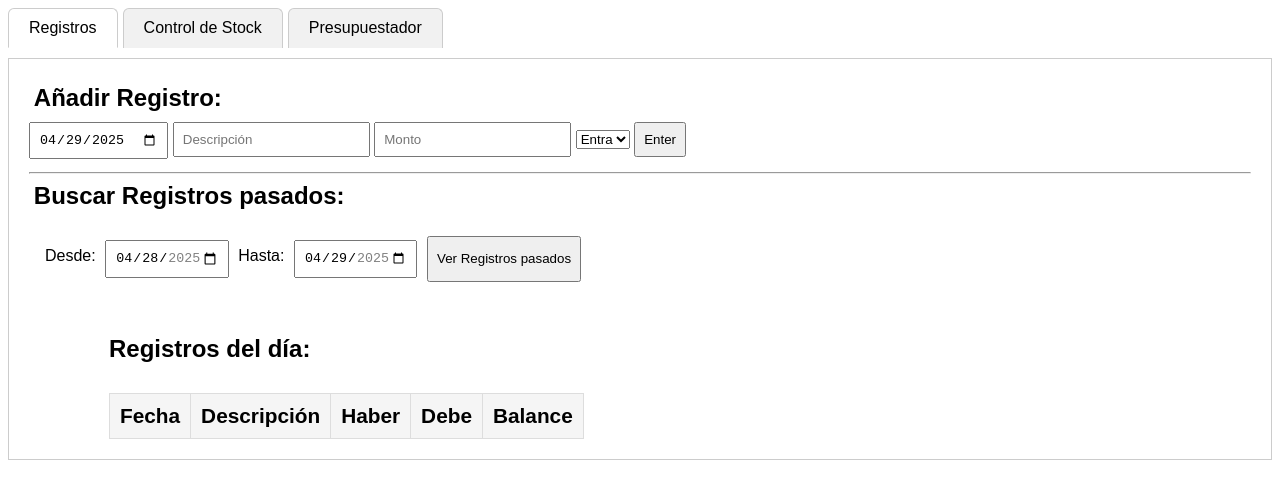
Repository: Joako-Herrero/Proyecto-de-Feria-de-ciencias
Page: program/registro.html
These files come from the project's save history. The page is drawn as it stood at one moment and after the next save; the edit follows.
The browser window is 1280 px wide. The pictures show the whole page.
The page's requests for data from a server got no answer.

Above is the page before, as saved 2025-05-28 16:40:26.

After the next save:
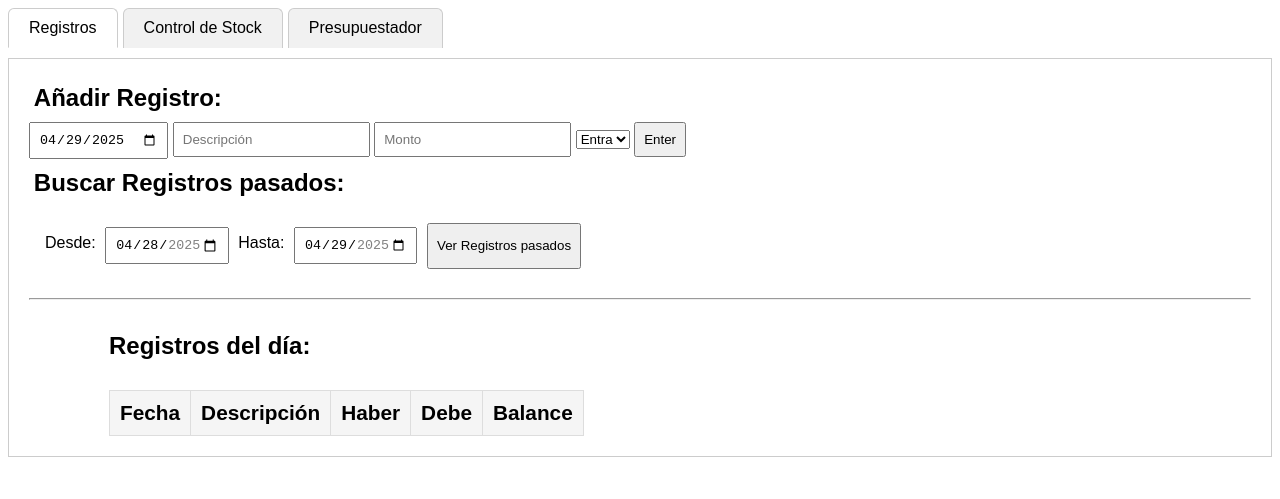
Saved 11 s later.
--- a/program/registro.html
+++ b/program/registro.html
@@ -287,7 +287,7 @@
             </form>
             <h4 id="mensaje"></h4>
         </div>
-        <hr>
+
         <div class="buscarFecha">
             <h3>Buscar Registros pasados:</h3>
             <form id="formFiltrarFechas">
@@ -298,7 +298,7 @@
                 <button type="button" id="formFiltrarFechasButton">Ver Registros pasados</button>
             </form>
         </div>
-
+        <hr>
         <h3 class="registroTitulo">Registros del día:</h3>
         <table id="tablaRegistros">
             <thead>
